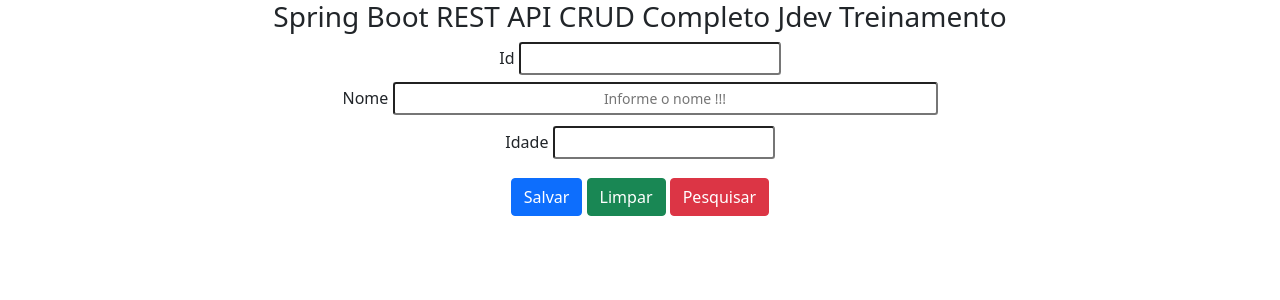
Repository: isaquelimaof/REST-API-SpringBoot
Page: springboot-rest-api-sample/src/main/resources/static/index.html
These files come from the project's save history. The page is drawn as it stood at one moment and after the next save; the edit follows.
The browser window is 1280 px wide. The pictures show the whole page.

Above is the page before, as saved 2022-05-05 18:07:25.

### springboot-rest-api-sample/src/main/resources/static/index.html
<!DOCTYPE html>
<html lang="pt-br">
<head>
<meta charset="utf-8">
<meta name="viewport" content="width=device-width, initial-scale=1">
<link rel="stylesheet" type="text/css" href="css.css" media="screen" />
<!-- Bootstrap CSS -->
<link
	href="https://cdn.jsdelivr.net/npm/bootstrap@5.1.3/dist/css/bootstrap.min.css"
	rel="stylesheet"
	integrity="sha384-1BmE4kWBq78iYhFldvKuhfTAU6auU8tT94WrHftjDbrCEXSU1oBoqyl2QvZ6jIW3"
	crossorigin="anonymous">
<title>API REST FULL</title>
</head>
<body>
	<h3>Spring Boot REST API CRUD Completo Jdev Treinamento</h3>

	<form action="" id="formCadastroUser">

		<div class="mb-1">
			<label for="id" class="form-label">Id</label> <input type="text"
				class="form-control-sm" id="id" size="25px" readonly="readonly">
		</div>
		<div class="mb-2">
			<label for="nome" class="form-label">Nome</label> <input type="text"
				id="nome" class="form-control-sm" size="60px"
				placeholder="Informe o nome !!!">
		</div>
		<div class="mb-3">
			<label for="idade" class="form-label">Idade</label> <input
				type="number" class="form-control-sm" id="idade">
		</div>
	</form>

	<button type="button" class="btn btn-primary" onclick="salvarUsuario()">Salvar</button>
	<button type="button" class="btn btn-success"
		onclick="document.getElementById('formCadastroUser').reset()">Limpar</button>
	<button type="button" class="btn btn-danger" data-bs-toggle="modal"
		data-bs-target="#modalPesquisarUser" data-bs-whatever="@getbootstrap">Pesquisar</button>

	<div class="modal fade" id="modalPesquisarUser" tabindex="-1"
		aria-labelledby="exampleModalLabel" aria-hidden="true">
		<div class="modal-dialog">
			<div class="modal-content">
				<div class="modal-header">
					<h5 class="modal-title" id="exampleModalLabel">Pesquisar
						Usuário</h5>
					<button type="button" class="btn-close" data-bs-dismiss="modal"
						aria-label="Close"></button>
				</div>
				<div class="modal-body">
					<form>
						<div class="mb-3">
							<label for="nameBusca" class="col-form-label">Nome:</label>
							<input type="text" class="form-control" id="nameBusca">
						</div>

						<button type="button" class="btn btn-success">Pesquisar !</button>
						<!-- <div class="mb-3">
							<label for="message-text" class="col-form-label">Message:</label>
							<textarea class="form-control" id="message-text"></textarea>
						</div>  -->

					</form>

					<table class="table">
						<thead>
							<tr>
								<th scope="col">ID</th>
								<th scope="col">Nome</th>
								<th scope="col">Editar</th>
							</tr>
						</thead>
						<tbody>
							<tr>
								<th scope="row">1</th>
								<td>Mark</td>
								<td>Otto</td>
								<td>@mdo</td>
							</tr>
							<tr>
								<th scope="row">2</th>
								<td>Jacob</td>
								<td>Thornton</td>
								<td>@fat</td>
							</tr>

						</tbody>
					</table>

				</div>

				<!-- <div class="modal-footer">
						<button type="button" class="btn btn-primary">Send message</button>-->
				<button type="button" class="btn btn-danger" data-bs-dismiss="modal">Sair
					!</button>

			</div>
		</div>
	</div>
	</div>


	<script src="https://code.jquery.com/jquery-3.6.0.min.js"
		integrity="sha256-/xUj+3OJU5yExlq6GSYGSHk7tPXikynS7ogEvDej/m4="
		crossorigin="anonymous"></script>

	<!-- Option 1: Bootstrap Bundle with Popper -->
	<script
		src="https://cdn.jsdelivr.net/npm/bootstrap@5.1.3/dist/js/bootstrap.bundle.min.js"
		integrity="sha384-ka7Sk0Gln4gmtz2MlQnikT1wXgYsOg+OMhuP+IlRH9sENBO0LRn5q+8nbTov4+1p"
		crossorigin="anonymous"></script>


	<script type="text/javascript">
		function salvarUsuario() {
			//busca valores no campo
			var id = $("#id").val();
			var nome = $("#nome").val();
			var idade = $("#idade").val();

			//Trabalhando com Ajax - Sempre vai ser usado esse modelo para se comunicar com a API
			$.ajax({
				method : "POST",
				url : "salvar",
				data : JSON.stringify({
					id : id,
					nome : nome,
					idade : idade
				}),
				contentType : "application/json; charset=utf-8",
				success : function(response) {
					$("#id").val(response.id);
					alert("Salvo com Sucesso!");
				}
			}).fail(function(xhr, status, errorThrown) {
				alert("Erro ao salvar usuario !: " + xhr.responseText);
			});

		}
	</script>

</body>
</html>

### springboot-rest-api-sample/src/main/resources/static/css.css
@charset "utf-8";



* {
	text-align: center;
}

After the next save:
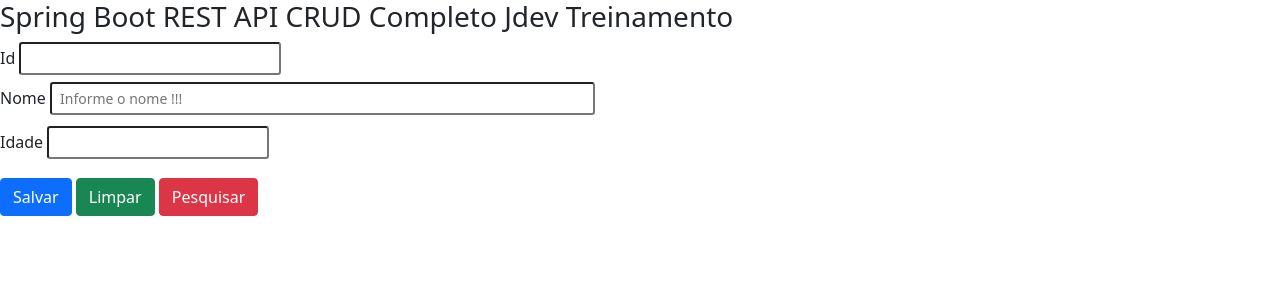
Saved 5 s later.
--- a/springboot-rest-api-sample/src/main/resources/static/css.css
+++ b/springboot-rest-api-sample/src/main/resources/static/css.css
@@ -1,7 +1 @@
 @charset "utf-8";
-
-
-
-* {
-	text-align: center;
-}

After the save that followed:
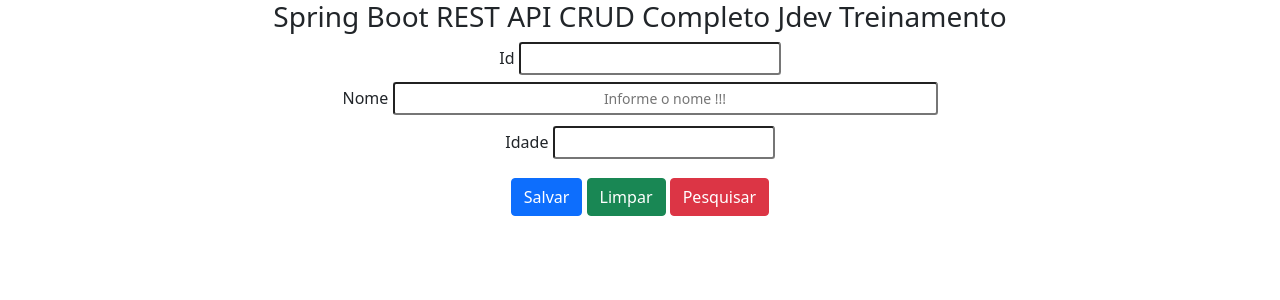
Saved 4 s later.
--- a/springboot-rest-api-sample/src/main/resources/static/css.css
+++ b/springboot-rest-api-sample/src/main/resources/static/css.css
@@ -1 +1,7 @@
 @charset "utf-8";
+
+
+
+* {
+	text-align: center;
+}
